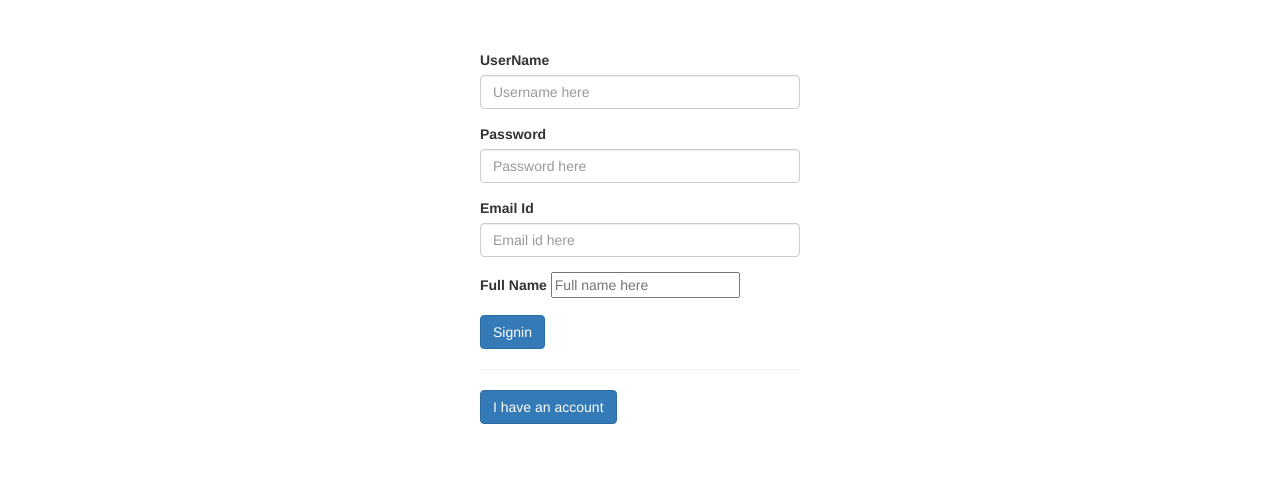
Repository: hamshini/demopro
Page: wippro/Application/WebContent/signup.html
An editor plug-in stored every save of this project. The page is shown before and after the next save, followed by the edit.
The browser window is 1280 px wide. The pictures show the whole page.

Above is the page before, as saved 2018-01-10 04:30:34.

### wippro/Application/WebContent/signup.html
<!DOCTYPE html>
<html>
<head>
<meta charset="ISO-8859-1">
<link rel="stylesheet" href="/css/bootstrap.min.css" type="text/css">
<title>Signin page</title>
</head>
<body>
<div style="width: 320px; margin:50px auto;">
<form class="form-group" action="SigninValidate" method="post">
  <div class="form-group">
<label for="authid">UserName</label>
<input type="text" class="form-control" name="user" id="authid" placeholder="Username here" />
</div>
<div class="form-group">
<label for="authpass">Password</label>
<input type="password" id="authpass" name="pass" class="form-control" placeholder="Password here" />
</div>
    <div class="form-group">
    <label><b>Email Id</b></label>
    <input type="text" placeholder="Email id here"  class="form-control" name="email" required>
</div>
  <div class="form-group">

    <label><b>Full Name</b></label>
    <input type="text" placeholder="Full name here" name="full-name" required>
    </div>

    <div class="clearfix">
      <input type="submit" value="Signin" class="btn btn-primary" />
      </div>
      <hr>
     <div>
      <button type="button" class="btn btn-primary">I have an account</button>
    </div>
</form>
</div>
</body>
</html>

Loaded but not shown: wippro/Application/WebContent/css/bootstrap.min.css (library)

After the next save:
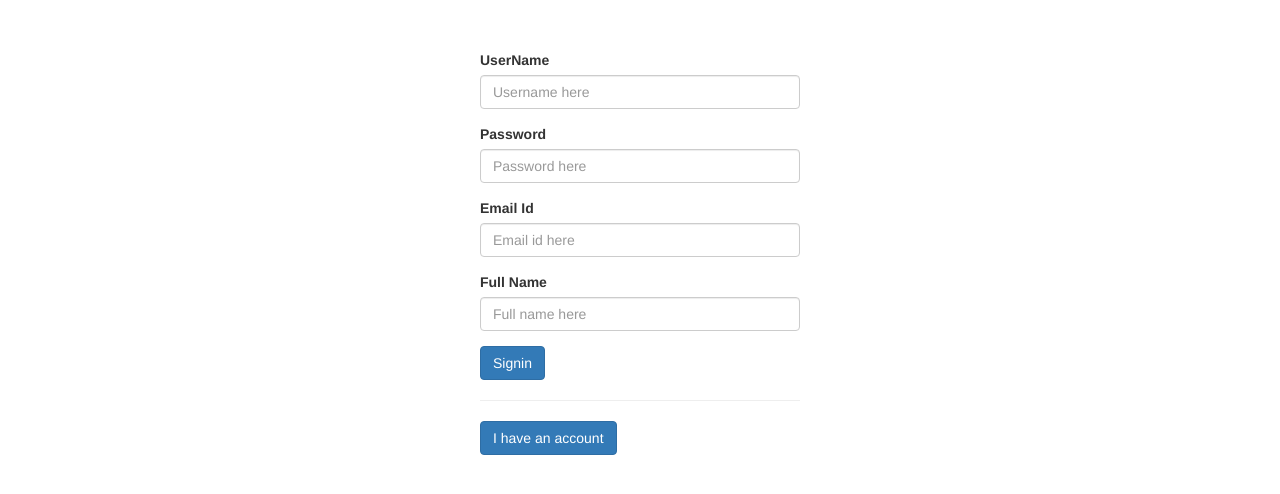
Saved 2 min 13 s later.
--- a/wippro/Application/WebContent/signup.html
+++ b/wippro/Application/WebContent/signup.html
@@ -17,13 +17,13 @@
 <input type="password" id="authpass" name="pass" class="form-control" placeholder="Password here" />
 </div>
     <div class="form-group">
-    <label><b>Email Id</b></label>
+    <label>Email Id</label>
     <input type="text" placeholder="Email id here"  class="form-control" name="email" required>
 </div>
   <div class="form-group">
 
     <label><b>Full Name</b></label>
-    <input type="text" placeholder="Full name here" name="full-name" required>
+    <input type="text" placeholder="Full name here"  class="form-control" name="full-name" required>
     </div>
 
     <div class="clearfix">
